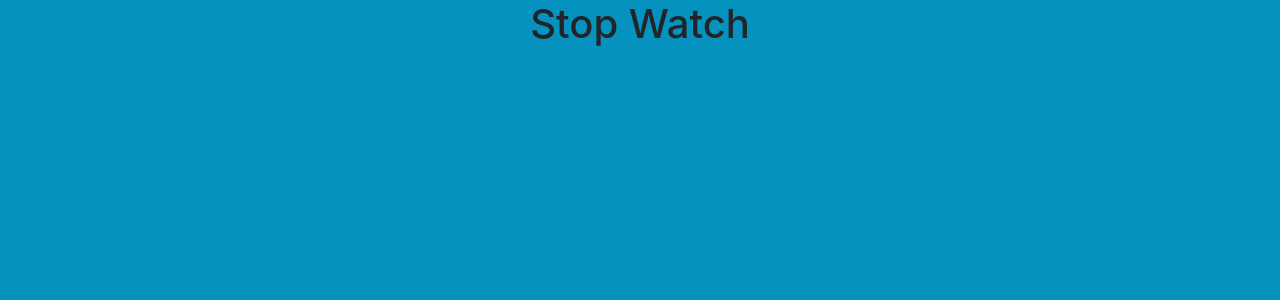
Repository: moiz9265/stopwatch
Page: index.html
These files come from the project's save history. The page is drawn as it stood at one moment and after the next save; the edit follows.
The browser window is 1280 px wide. The pictures show the whole page.

Above is the page before, as saved 2020-07-09 22:42:50.

After the next save:
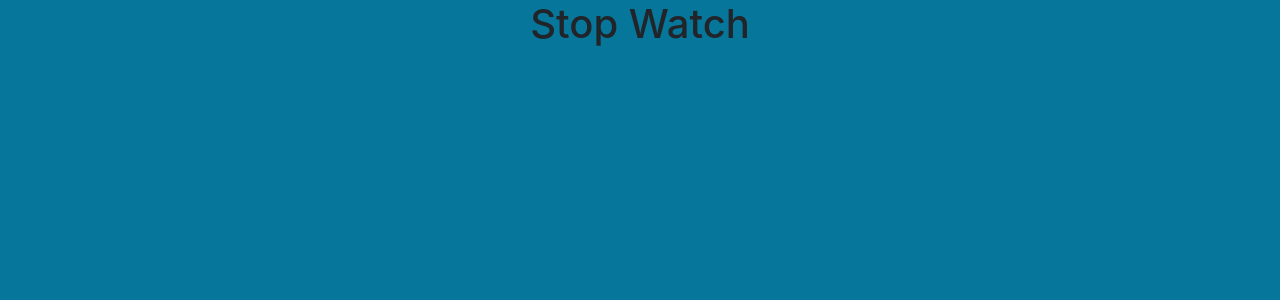
Saved 24 s later.
--- a/css/style.css
+++ b/css/style.css
@@ -1,3 +1,3 @@
 body{
-    background-color: #0692BF;
+    background-color: #06779B;
 }
